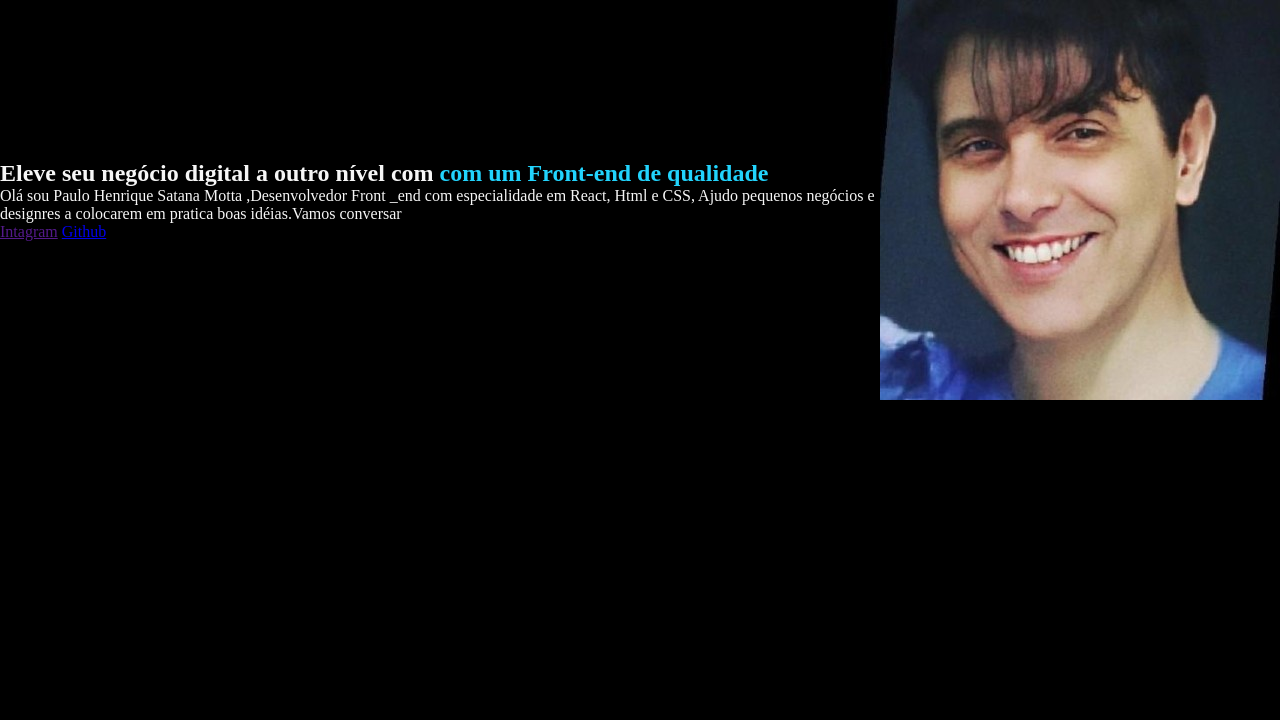
Repository: phsmottanerd/projeto-portfolio-alura
Page: index.html
These files come from the project's save history. The page is drawn as it stood at one moment and after the next save; the edit follows.
The browser window is 1280 px wide. The pictures show the whole page.

Above is the page before, as saved 2025-01-23 02:28:58.

### index.html
<!DOCTYPE html>
<html lang="pt-br">
<head>
    <meta charset="UTF-8">
    <meta name="viewport" content="width=device-width, initial-scale=1.0">
    <link rel="stylesheet" href="./style.css">
    <title>Portfólio</title>
</head>
<body>
    <header></header>
    <main class="apresentacao">
       <section>
            <h1> Eleve seu negócio digital a outro nível com <strong class="titulo-destaque">  com um Front-end de qualidade</strong></h1>
        <p>Olá sou Paulo Henrique Satana Motta ,Desenvolvedor Front _end
            com especialidade em React, Html e CSS, Ajudo pequenos negócios e designres a colocarem em pratica boas
            idéias.Vamos conversar
        </p>
    <a href="">Intagram</a>
    <a href="https://github.com/phsmottanerd?tab=repositories">Github</a>
</section>
<img src="./img/1722867171561.jpg" alt="imgem-foto">
    </main>
    <footer></footer>
</body>
</html>

### style.css
*{
    margin:0;
    padding: 0;
      box-sizing: border-box;


}
body{
    height:100vh;
    background-color:black;
    color:#f6f6f6;
}

   .titulo-destaque{
    color:#22D4FD;
}
.apresentacao{
display:flex;
align-items:center;
justify-content:space-between;
}

After the next save:
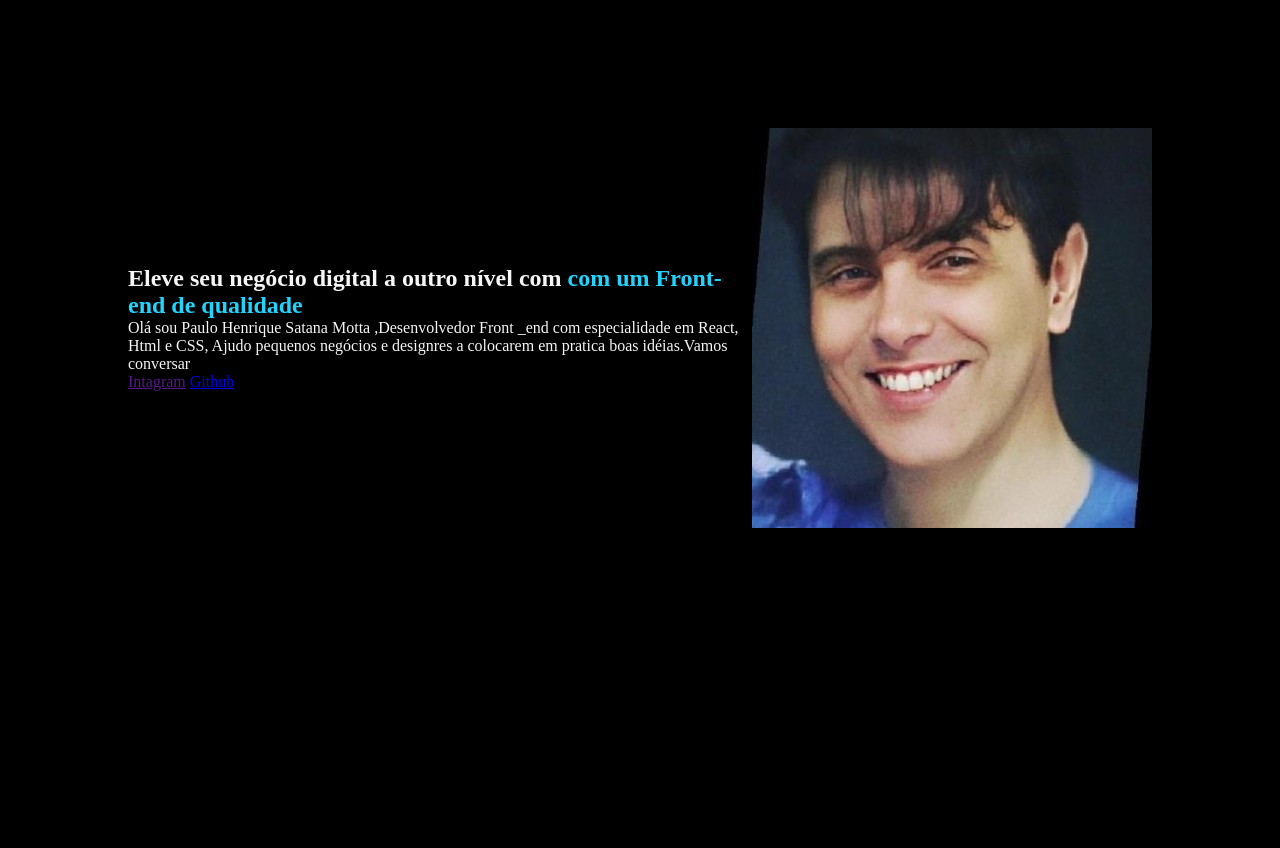
Saved 105 s later.
--- a/style.css
+++ b/style.css
@@ -15,7 +15,8 @@ body{
     color:#22D4FD;
 }
 .apresentacao{
-display:flex;
-align-items:center;
-justify-content:space-between;
+    margin:10%;
+    display:flex;
+    align-items:center;
+    justify-content:space-between;
 }
